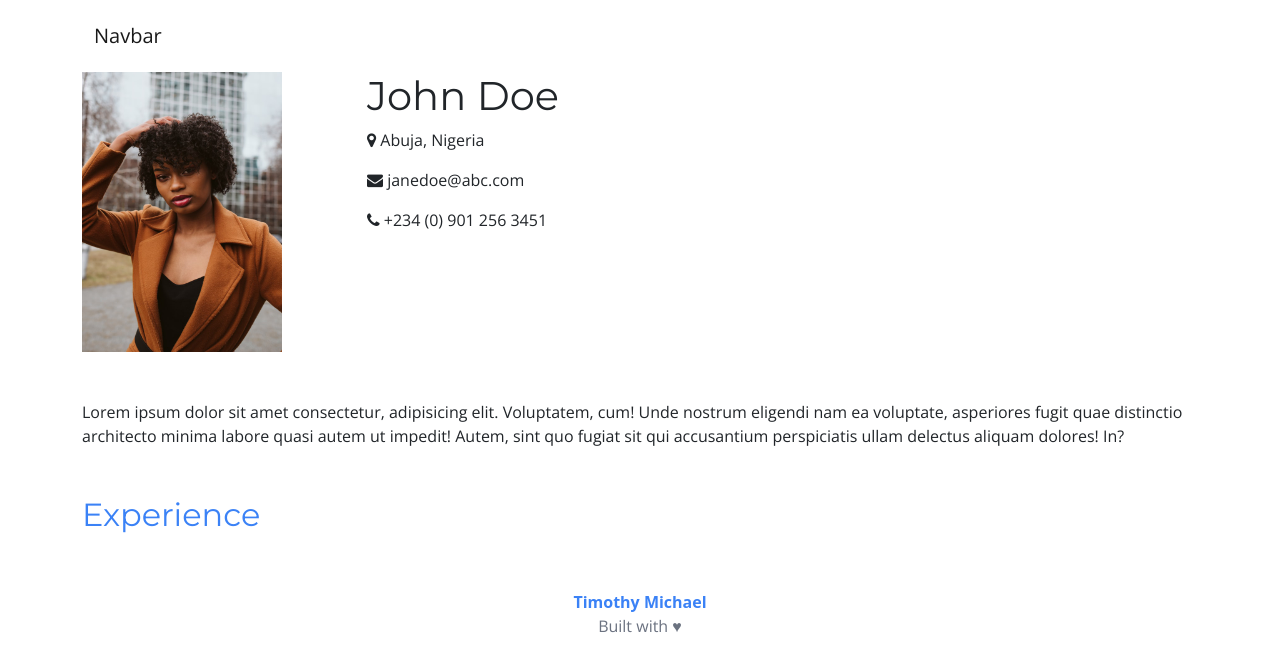
Repository: latenightsnacc/giggles
Page: HTML/CV.html
These files come from the project's save history. The page is drawn as it stood at one moment and after the next save; the edit follows.
The browser window is 1280 px wide. The pictures show the whole page.
Some web libraries are served in a nearby version.

Above is the page before, as saved 2021-01-04 15:15:57.

After the next save:
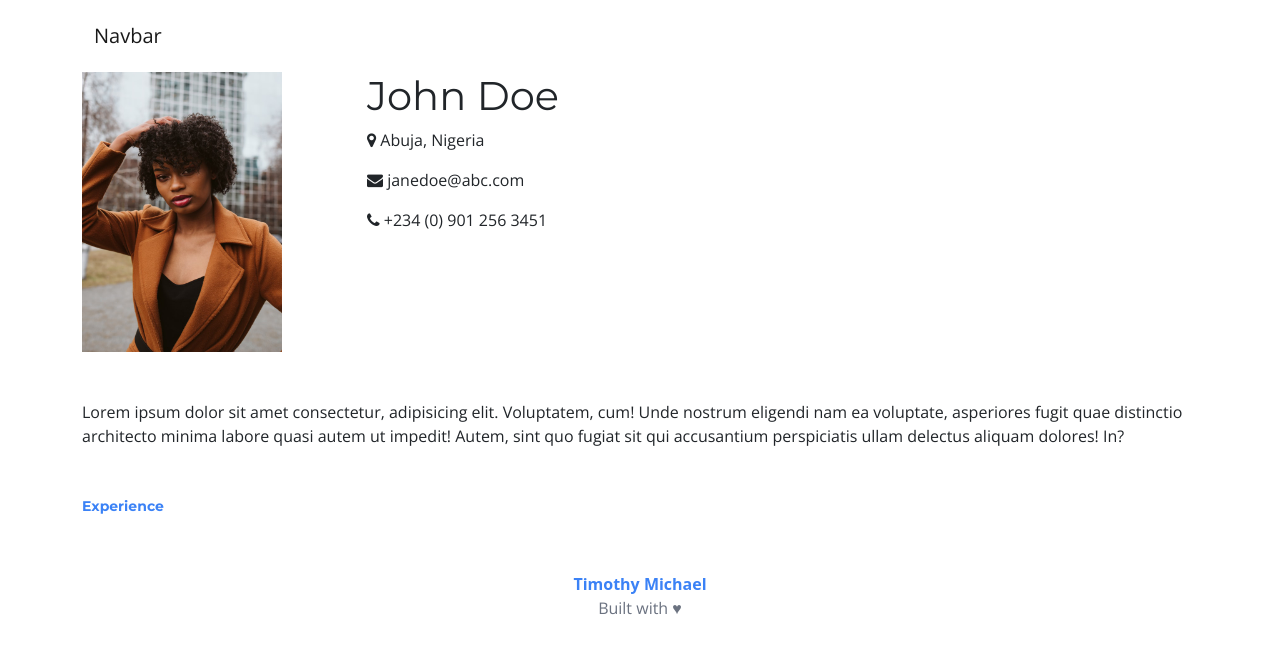
Saved 10 s later.
--- a/HTML/CV.html
+++ b/HTML/CV.html
@@ -60,7 +60,7 @@
         <div class="container my-5">
             <div class="row">
                 <div class="col-xs-12 col-sm-12 col-md-12 col-lg-6 col-xl-6">
-                    <h2 class="text-blue-500">Experience</h2>
+                    <h2 class="text-blue-500 font-semibold text-sm">Experience</h2>
                 </div>
                 <div class="col-xs-12 col-sm-12 col-md-12 col-lg-6 col-xl-6"></div>
             </div>
